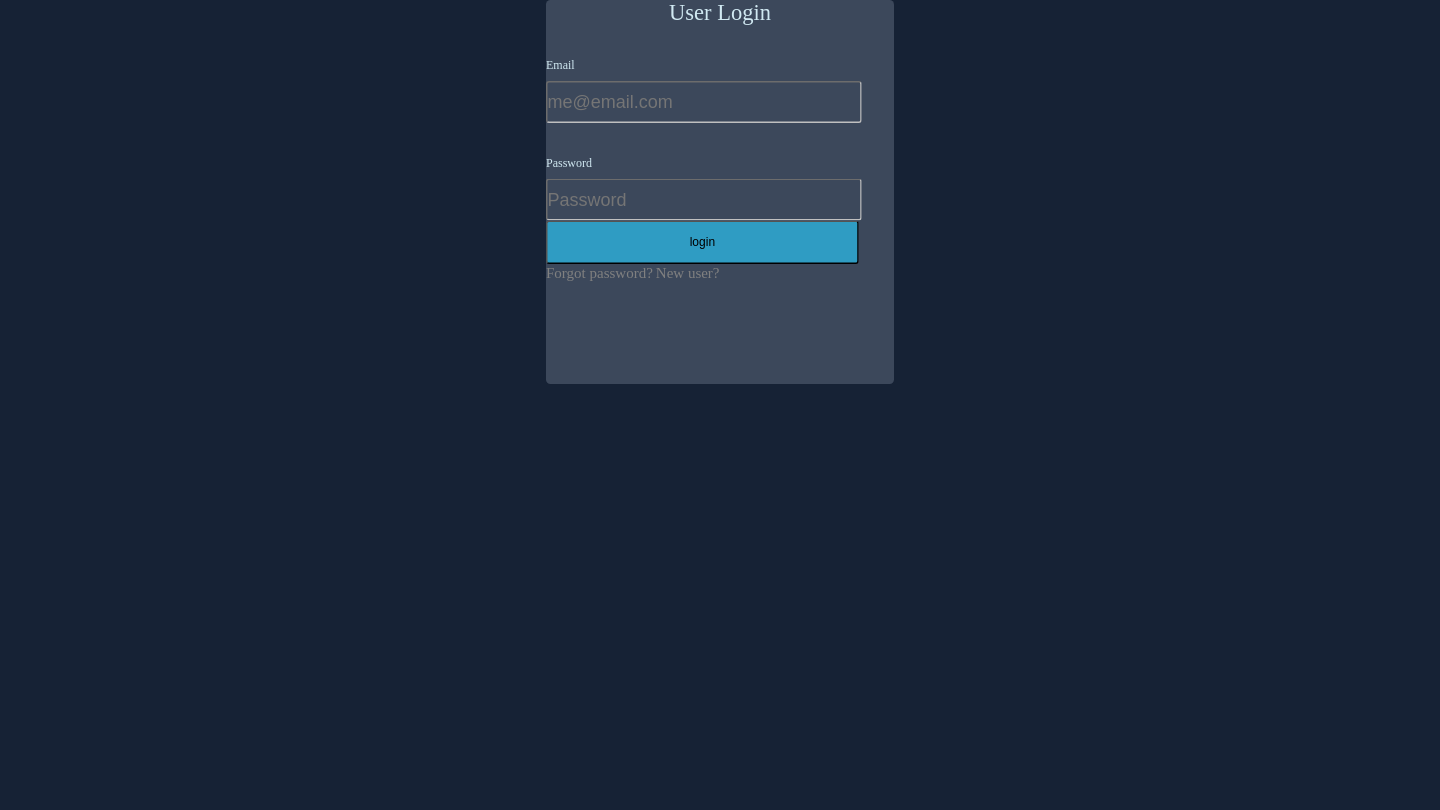
Repository: leystra019/nea
Page: html/user login.html
These files come from the project's save history. The page is drawn as it stood at one moment and after the next save; the edit follows.
The browser window is 1280 px wide. The page is 1920 px wide, so the pictures cover 1920 px, including what lies to the right of the window. The pictures show the whole page, at 75% of full size.

Above is the page before, as saved 2022-12-12 11:01:25.

After the next save:
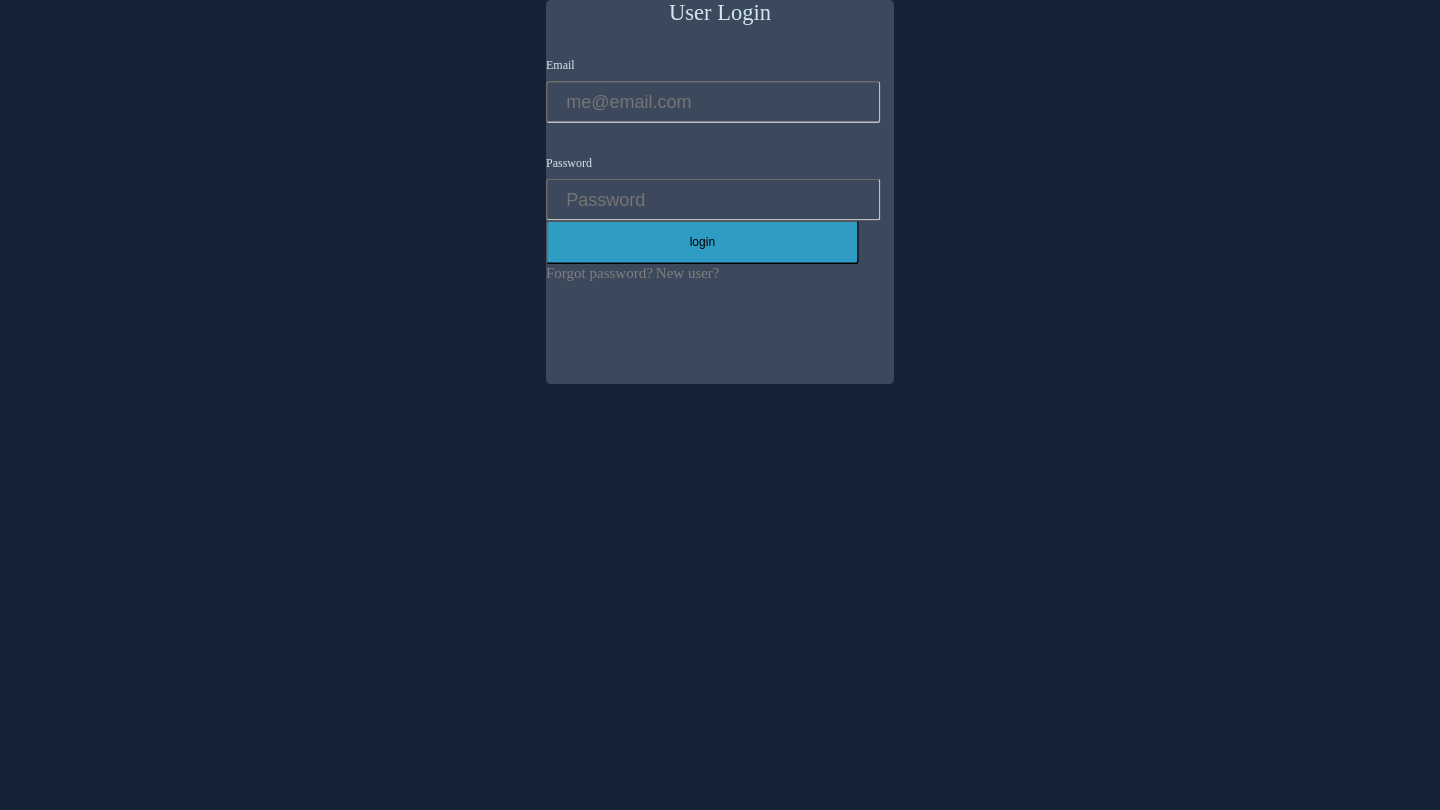
Saved 4 min 12 s later.
--- a/css/login.css
+++ b/css/login.css
@@ -57,9 +57,9 @@ b {
   font-size: 24px;
   text-align: left;
   margin-top: 43px;
-  padding-left: 25px;
-  margin-left: auto;
-  margin-right: auto;
+  padding-left: 25px !important;
+  margin-left: auto !important;
+  margin-right: auto !important;
   color: grey;
 
 }
